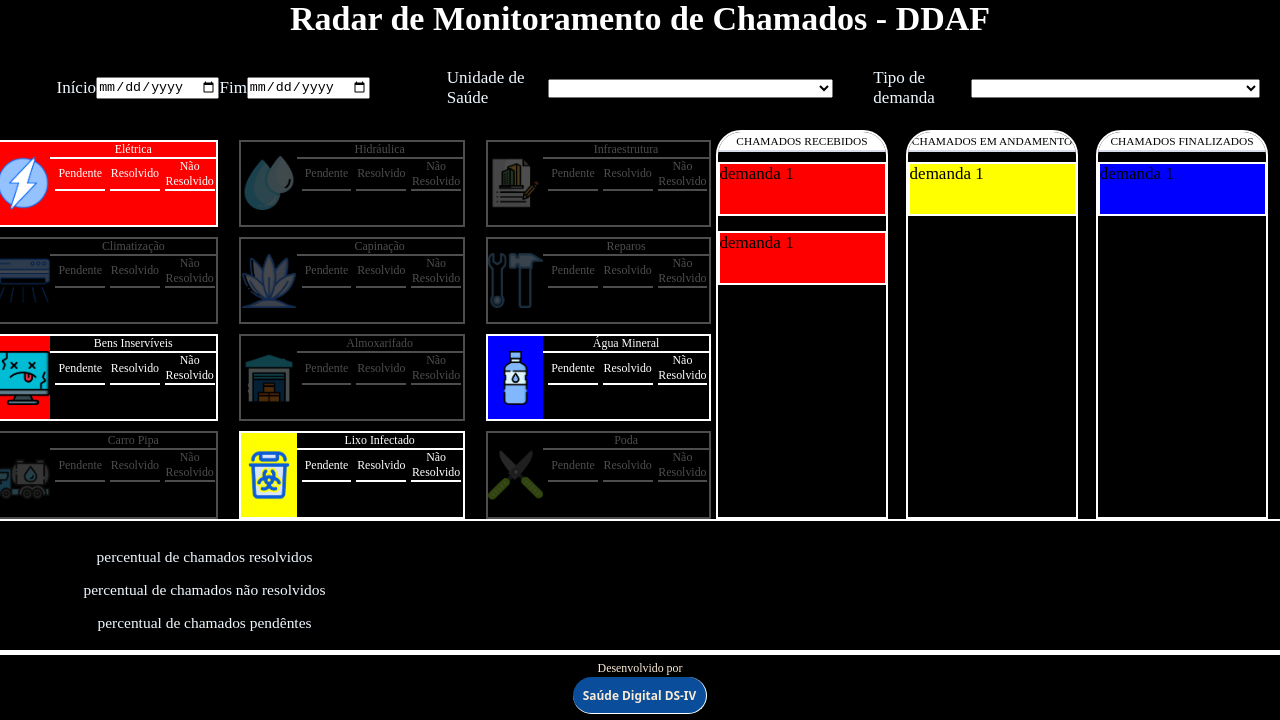
Repository: br-on/ddaf-chamados
Page: index.html
These files come from the project's save history. The page is drawn as it stood at one moment and after the next save; the edit follows.
The browser window is 1280 px wide. The pictures show the whole page.

Above is the page before, as saved 2025-01-25 19:38:09.

After the next save:
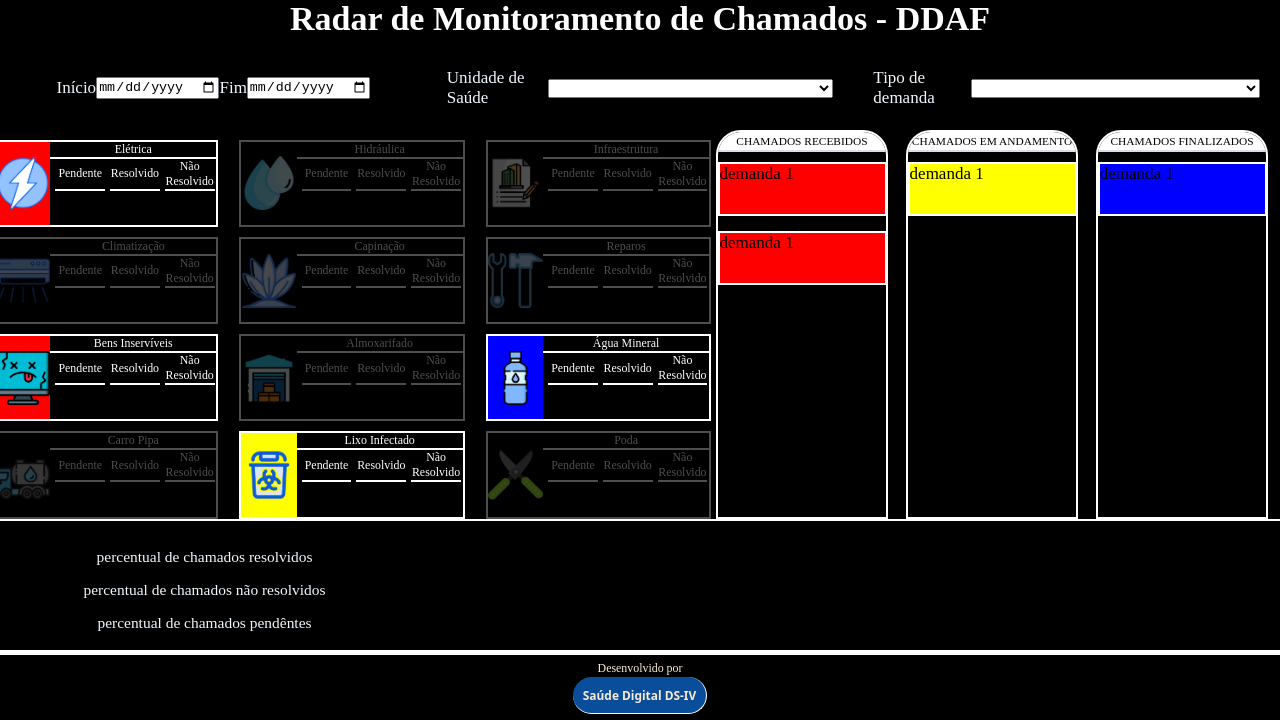
Saved 10 s later.
--- a/index.html
+++ b/index.html
@@ -41,7 +41,7 @@
     </header>
     <main>
         <section class="tipos-demandas">
-            <div class="demanda-tipo red">
+            <div class="demanda-tipo">
                 <div class="img-tipo-demanda red">
                     <img src="img/tipo-demanda-eletrica.png" alt="">
                 </div>
